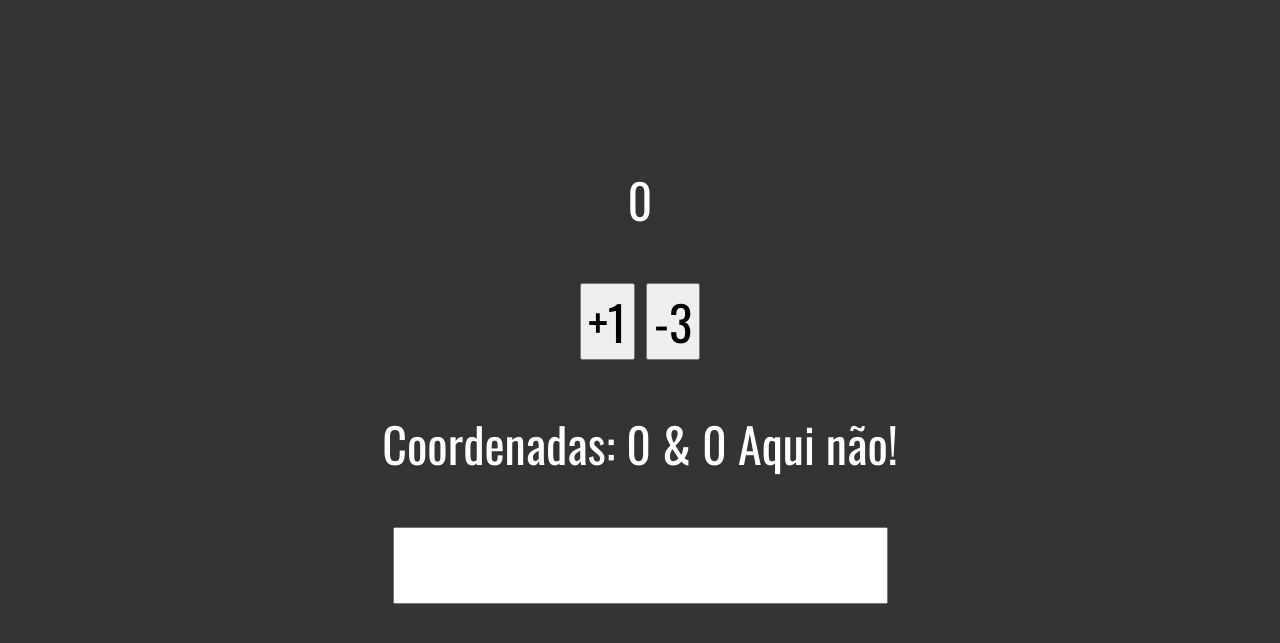
Repository: WillianPer/VUE
Page: exercicios/eventos.html
The author's editor kept a copy of each file at every save. The page is drawn from the files as they stood at one save, then again after the next save.
The browser window is 1280 px wide. The pictures show the whole page.

Above is the page before, as saved 2022-08-13 21:55:16.

After the next save:
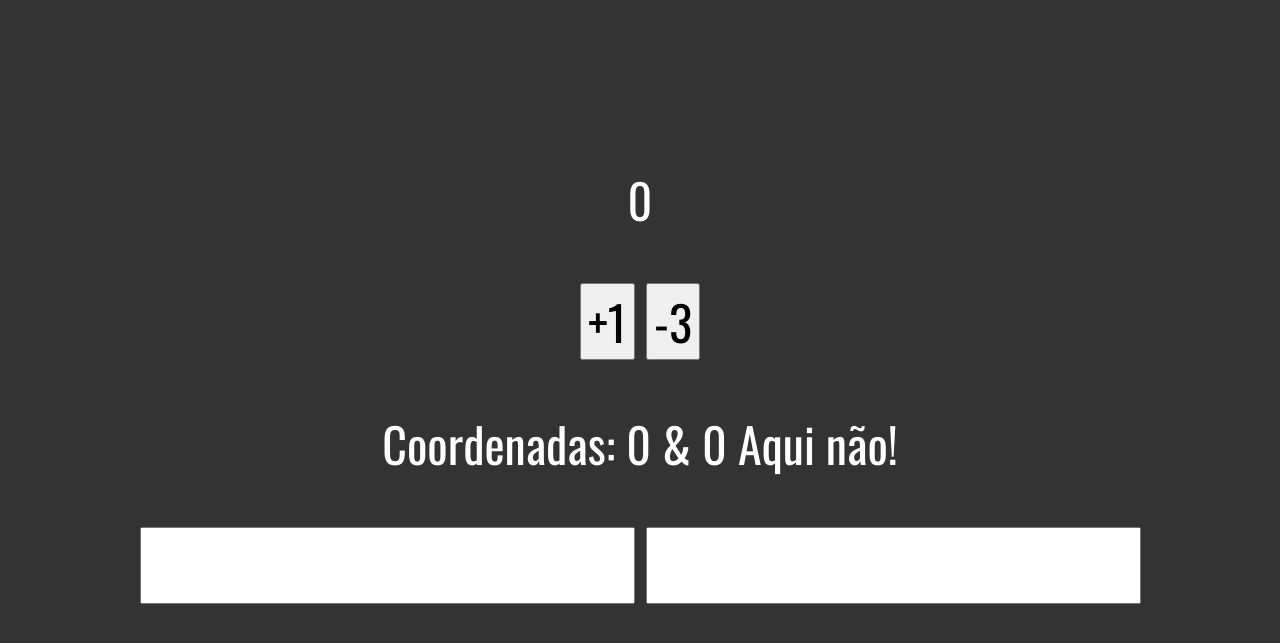
Saved 2 min 21 s later.
--- a/exercicios/eventos.html
+++ b/exercicios/eventos.html
@@ -20,6 +20,7 @@
             <span @mousemove="stop">Aqui não!</span>
         </p>
         <input type="text" @keyup.enter="alerta">
+        <input type="text" @keyup.m="alerta">
     </div>
 
     <script>

After the save that followed:
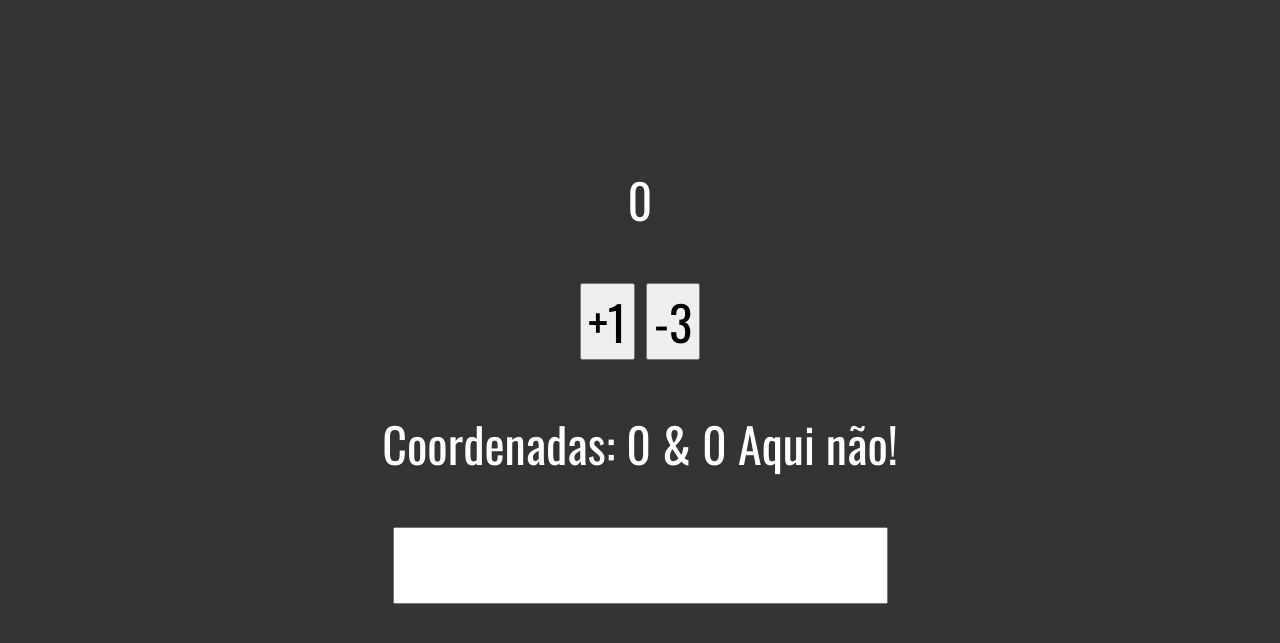
Saved 73 s later.
--- a/exercicios/eventos.html
+++ b/exercicios/eventos.html
@@ -20,7 +20,7 @@
             <span @mousemove="stop">Aqui não!</span>
         </p>
         <input type="text" @keyup.enter="alerta">
-        <input type="text" @keyup.m="alerta">
+        <!-- <input type="text" @keyup.m="alerta"> -->
     </div>
 
     <script>
